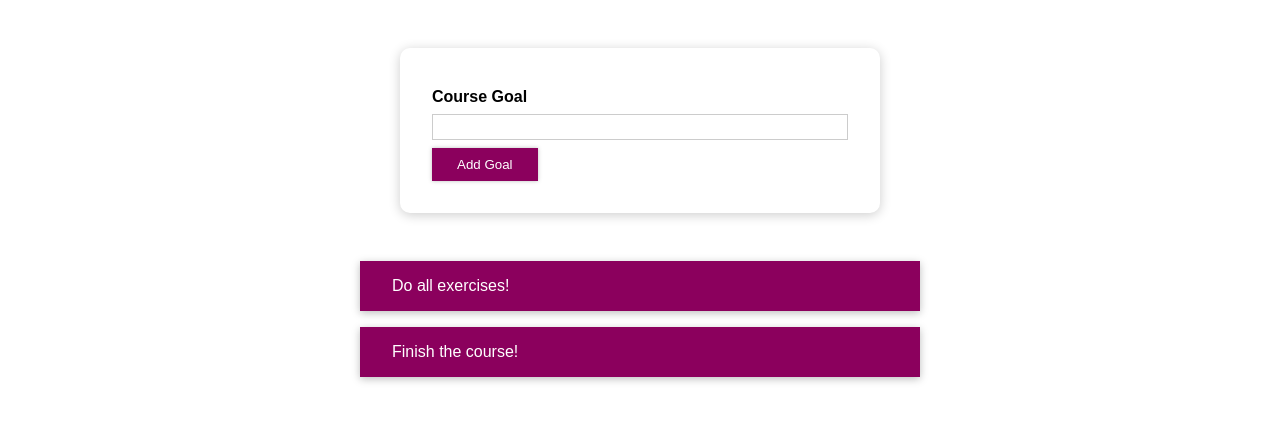
Repository: Cmicula054/css-styles
Page: /
These files come from the project's save history. The page is drawn as it stood at one moment and after a run of saves; the edit follows.
The browser window is 1280 px wide. The pictures show the whole page.
The project was rebuilt for these pictures with package versions that can differ from the ones it lists, and the page was loaded fresh each time. Also part of the build but not shown: src/components/CourseGoals/CourseInput/CourseInput.css.

Above is the page before, as saved 2022-11-08 10:56:35.

After the next 2 saves:
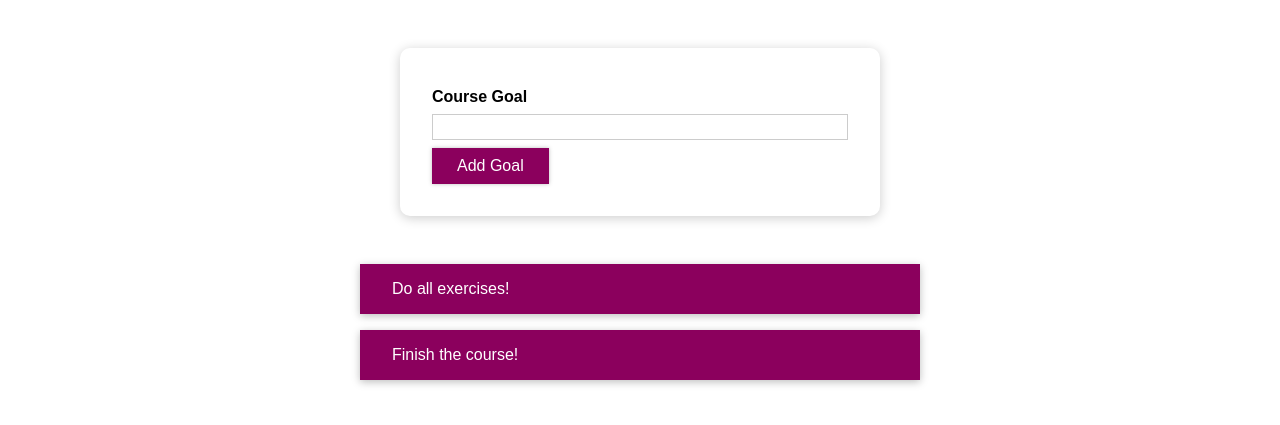
The 2 saves are shown as one change because 1 did not build or start.
The last was saved 2 h 57 min later.
--- a/src/components/UI/Button/Button.js
+++ b/src/components/UI/Button/Button.js
@@ -1,39 +1,39 @@
 import styled from "styled-components";
 
-// import './Button.css';
+import './Button.css';
 
-// const Button = props => {
-//   return (
-//     <button type={props.type} className="button" onClick={props.onClick}>
-//       {props.children}
-//     </button>
-//   );
-// };
+const Button = props => {
+  return (
+    <button type={props.type} className="button" onClick={props.onClick}>
+      {props.children}
+    </button>
+  );
+};
 
-const Button = styled.button`
-  width: 100%
-  font: inherit;
-  padding: 0.5rem 1.5rem;
-  border: 1px solid #8b005d;
-  color: white;
-  background: #8b005d;
-  box-shadow: 0 0 4px rgba(0, 0, 0, 0.26);
-  cursor: pointer;
+// const Button = styled.button`
+//   width: 100%
+//   font: inherit;
+//   padding: 0.5rem 1.5rem;
+//   border: 1px solid #8b005d;
+//   color: white;
+//   background: #8b005d;
+//   box-shadow: 0 0 4px rgba(0, 0, 0, 0.26);
+//   cursor: pointer;
 
-  @media (min-width:768px) {
-    width: auto;
-  }
+//   @media (min-width:768px) {
+//     width: auto;
+//   }
 
-  &:focus {
-    outline: none;
-  }
+//   &:focus {
+//     outline: none;
+//   }
 
-  &:hover,
-  &:active {
-    background: #ac0e77;
-    border-color: #ac0e77;
-    box-shadow: 0 0 8px rgba(0, 0, 0, 0.26);
-  }
-`;
+//   &:hover,
+//   &:active {
+//     background: #ac0e77;
+//     border-color: #ac0e77;
+//     box-shadow: 0 0 8px rgba(0, 0, 0, 0.26);
+//   }
+// `;
 
 export default Button;
